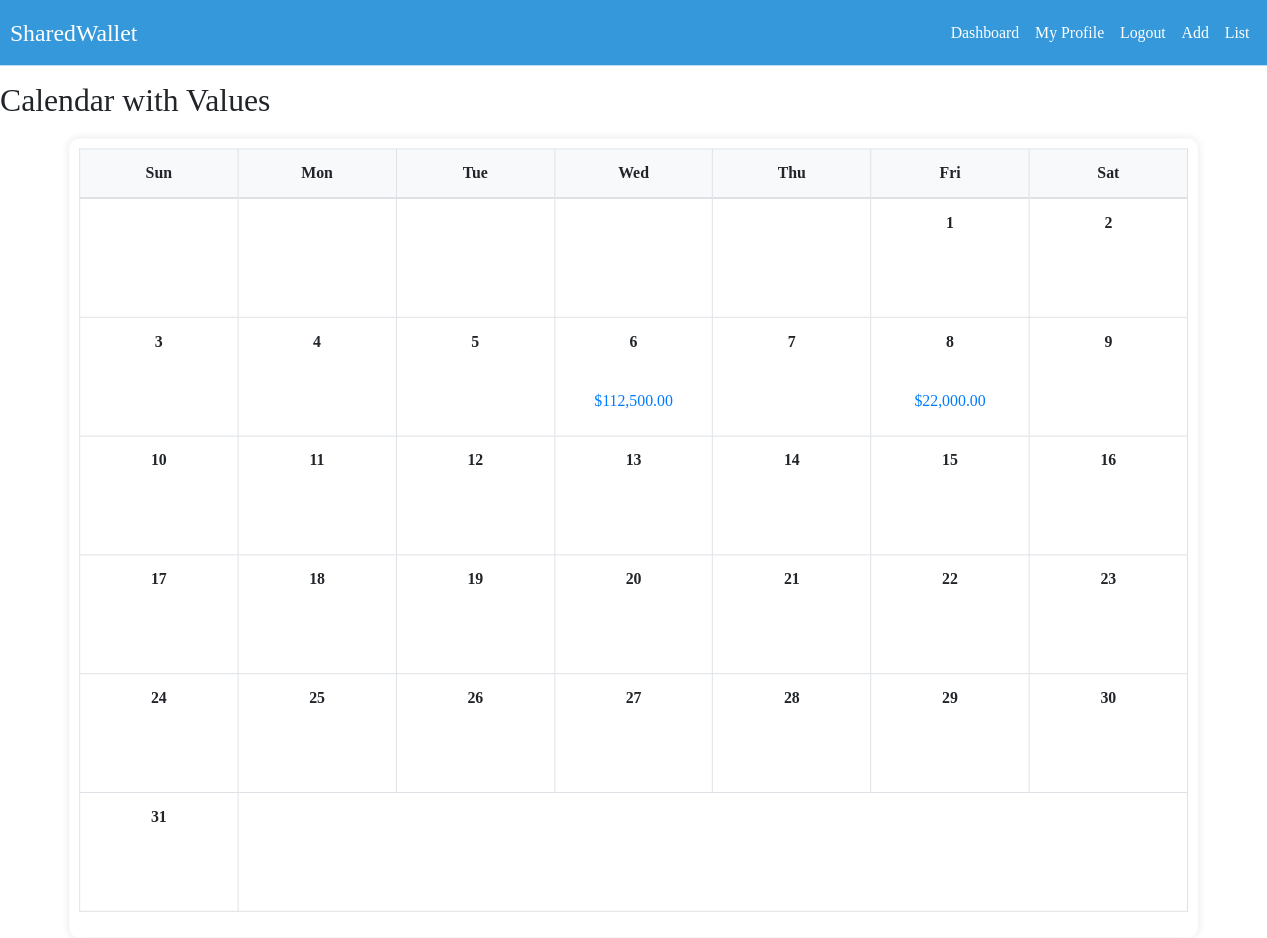
Repository: YoonHakyoung/SharedWallet
Page: http://localhost/Final_Exam/WEB-INF/views/asset/calender.jsp
An editor plug-in stored every save of this project. The page is shown before and after the next save, followed by the edit.
The browser window is 1280 px wide. The pictures show the whole page, at 99% of full size.
Some web fonts or font styles are not loaded; a fallback is used. The page is served by Tomcat 9. Nobody is signed in. Other server files are loaded and not shown. The template is opened directly, without the code that normally fills it, so the values that code supplies are empty.

Above is the page before, as saved 2023-12-10 07:30:02.

### Spring/Project/Final Exam/src/main/webapp/WEB-INF/views/asset/calender.jsp
<%@ page language="java" contentType="text/html; charset=UTF-8" pageEncoding="UTF-8"%>
<%@ taglib uri="http://java.sun.com/jsp/jstl/core" prefix="c" %>
<%@ taglib uri="http://java.sun.com/jsp/jstl/functions" prefix="fn" %>
<%@ taglib uri="http://java.sun.com/jsp/jstl/fmt" prefix="fmt" %>
<%@ page import="java.util.*" %>
<%@ page import="java.text.NumberFormat" %>

<!DOCTYPE html>
<html lang="en">
<head>
    <meta charset="UTF-8">
    <meta name="viewport" content="width=device-width, initial-scale=1, shrink-to-fit=no">
    <title>Calendar with Values</title>
    <!-- 부트스트랩 CSS -->
    <link rel="stylesheet" href="https://stackpath.bootstrapcdn.com/bootstrap/4.3.1/css/bootstrap.min.css">
    <style>
        @font-face {
            font-family: 'SUITE-Regular';
            src: url('https://cdn.jsdelivr.net/gh/projectnoonnu/noonfonts_2304-2@1.0/SUITE-Regular.woff2') format('woff2');
            font-weight: 700;
            font-style: normal;
        }
        body{
        	font-family: 'SUITE-Regular';
        }

        table {
            border-collapse: collapse;
            width: 100%;
            margin-bottom: 20px; /* 테이블 아래 여백 추가 */
        }

        th, td {
            border: 1px solid #dddddd;
            padding: 8px;
            text-align: center;
            vertical-align: top;
            width: 14.2857%; /* 날짜 칸에 동일한 가로 길이 부여 */
        }

        th {
            height: 30px;
            background-color: #f8f9fa;
        }

        td {
            height: 120px;
        }

        .date {
            font-weight: bold;
            margin-bottom: 0px;
        }

        .value {
            color: #007bff;
            bottom: 20px;
            left: 50%;
            transform: translateY(150%);
        }
        .container {
            background-color: #ffffff;
            border-radius: 10px;
            padding: 10px;
            box-shadow: 0 0 10px rgba(0, 0, 0, 0.1);
            margin-top: 20px !important;
        }
    </style>
</head>
<body>
<%@ include file="/WEB-INF/views/include/nav.jsp"%>
<%
    // 주어진 Map 데이터
    Map<String, Integer> dataMap = new HashMap<>();
    dataMap.put("2023-12-06", 112500);
    dataMap.put("2023-12-08", 22000);

    // Java 코드를 사용하여 현재 년월을 가져오기
    java.util.Calendar cal = java.util.Calendar.getInstance();
    int year = cal.get(java.util.Calendar.YEAR);
    int month = cal.get(java.util.Calendar.MONTH) + 1; // 월은 0부터 시작하므로 1을 더함

    // 현재 월의 첫째 날의 요일과 마지막 날짜를 계산
    cal.set(year, month - 1, 1);
    int firstDayOfWeek = cal.get(java.util.Calendar.DAY_OF_WEEK);
    int lastDay = cal.getActualMaximum(java.util.Calendar.DAY_OF_MONTH);

    // 요일 배열
    String[] weekDays = {"Sun", "Mon", "Tue", "Wed", "Thu", "Fri", "Sat"};
%>

<main>
    <h2 class="mt-3">Calendar with Values</h2>
	<div class="container mt-5">
    <table class="table table-bordered">
        <thead>
            <tr>
                <%-- 동적으로 요일 생성 --%>
                <% for (String day : weekDays) { %>
                    <th scope="col" class="text-center"><%= day %></th>
                <% } %>
            </tr>
        </thead>
        <tbody>
            <tr>
                <%-- 날짜 요일 표시 행 --%>
                <% for (int i = 1; i < firstDayOfWeek; i++) { %>
                    <td></td>
                <% } %>
                <%-- 달력 날짜 표시 --%>
                <% for (int day = 1; day <= lastDay; day++) { %>
                    <td>
                        <div class="date">
                            <%= day %>
                        </div>
                        <div class="value">
                            <%
                                String dateString = String.format("%04d-%02d-%02d", year, month, day);
                                Integer value = dataMap.get(dateString);
                                if (value != null) {
                                    int amount = (Integer) value;
                                    NumberFormat currencyFormat = NumberFormat.getCurrencyInstance();
                                    String formattedAmount = currencyFormat.format(amount);
                            %>
                                <%= formattedAmount %>
                            <%
                                }
                            %>
                        </div>
                    </td>
                    <%-- 토요일이면 다음 줄로 이동 --%>
                    <% if ((firstDayOfWeek - 1 + day) % 7 == 0) { %>
                        </tr><tr>
                    <% } %>
                <% } %>
            </tr>
        </tbody>
    </table>
    </div>
</main>

<!-- 부트스트랩 JavaScript 및 종속성 -->
<script src="https://code.jquery.com/jquery-3.3.1.slim.min.js"></script>
<script src="https://cdnjs.cloudflare.com/ajax/libs/popper.js/1.14.7/umd/popper.min.js"></script>
<script src="https://stackpath.bootstrapcdn.com/bootstrap/4.3.1/js/bootstrap.min.js"></script>

</body>
</html>

### Spring/Project/Final Exam/src/main/webapp/WEB-INF/views/include/nav.jsp
<style>
    /* 네비게이션 바의 선택된 항목에 대한 스타일 */
    .navbar-nav .nav-item.active,
    .navbar-nav .nav-item:hover {
        background-color: #22628D; /* 선택된 항목 또는 마우스를 올렸을 때 배경색을 변경합니다. */
        color: #ffffff; /* 선택된 항목 또는 마우스를 올렸을 때 텍스트 색상을 변경합니다. */
    }
</style>

<nav class="navbar navbar-expand-lg navbar-light" style="background-color: #3498db; color: #ffffff; padding:10px;">
    <a class="navbar-brand" style="color: #ffffff; font-size: 24px;" href="<c:url value='/asset/dashboard'/>">SharedWallet</a>
    <button class="navbar-toggler" type="button" data-toggle="collapse" data-target="#navbarNav" aria-controls="navbarNav" aria-expanded="false" aria-label="Toggle navigation">
        <span class="navbar-toggler-icon" style="color:#ffffff;"></span>
    </button>
    <div class="collapse navbar-collapse" id="navbarNav">
        <ul class="navbar-nav ml-auto">
            <li class="nav-item">
                <a class="nav-link" style="color: #ffffff;" href="<c:url value='/asset/dashboard'/>">Dashboard</a>
            </li>
            <li class="nav-item">
                <a class="nav-link" style="color: #ffffff;" href="<c:url value='/member/profile'/>">My Profile</a>
            </li>
            <li class="nav-item">
                <a class="nav-link" style="color: #ffffff;" href="<c:url value='/'/>">Logout</a>
            </li>
            <li class="nav-item">
                <a class="nav-link" style="color: #ffffff;" href="<c:url value='/asset/addAssetForm'/>">Add</a>
            </li>
            <li class="nav-item">
                <a class="nav-link" style="color: #ffffff;" href="<c:url value='/asset/listAssets'/>">List</a>
            </li>

        </ul>
    </div>
</nav>

After the next save:
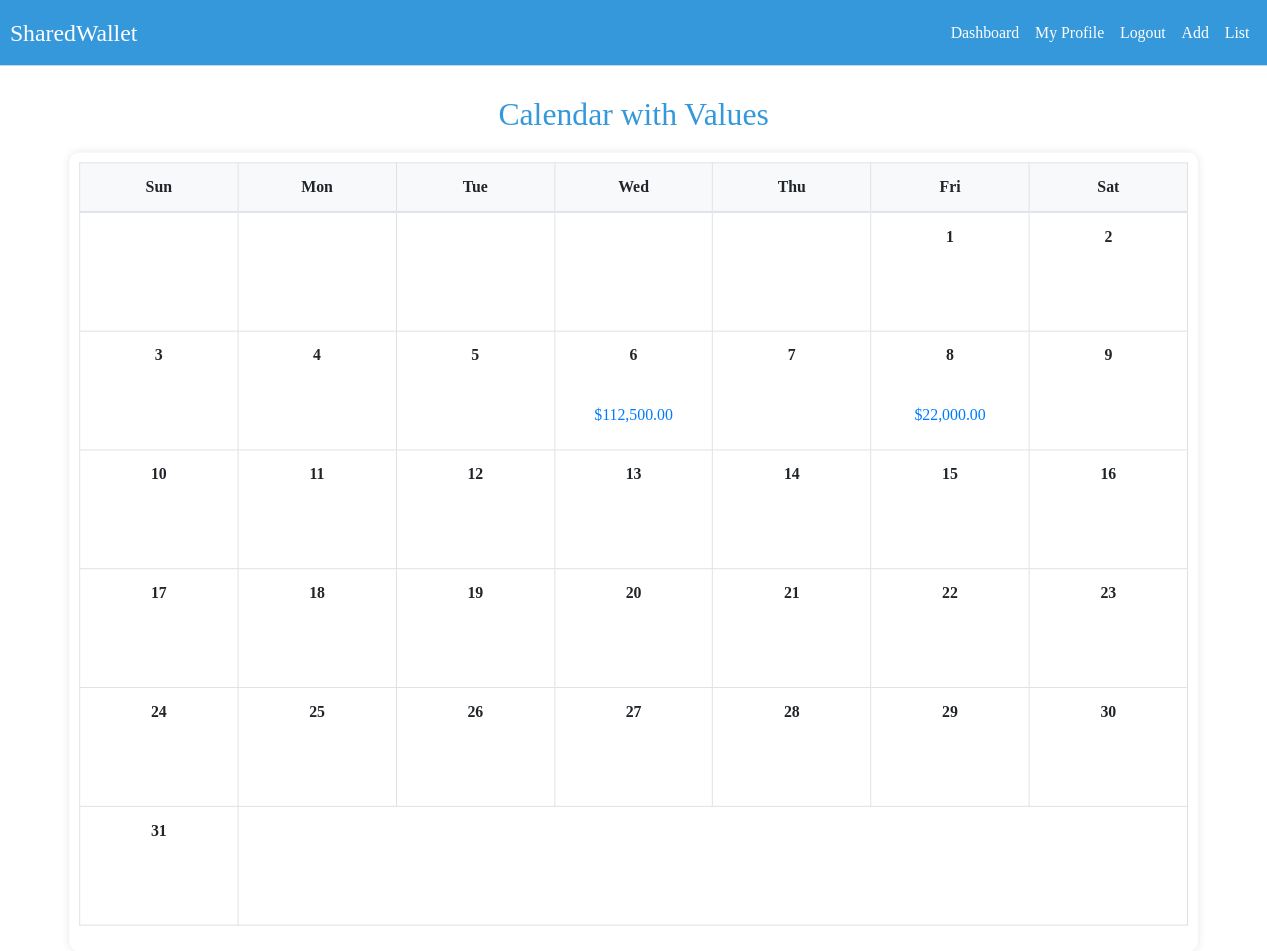
Saved 53 s later.
--- a/Spring/Project/Final Exam/src/main/webapp/WEB-INF/views/asset/calender.jsp
+++ b/Spring/Project/Final Exam/src/main/webapp/WEB-INF/views/asset/calender.jsp
@@ -65,6 +65,12 @@
             box-shadow: 0 0 10px rgba(0, 0, 0, 0.1);
             margin-top: 20px !important;
         }
+        h2 {
+            text-align: center;
+            color: #3498db;
+            margin-top: 30px;
+            margin-bottom: 1px;
+        }
     </style>
 </head>
 <body>
@@ -90,7 +96,7 @@
 %>
 
 <main>
-    <h2 class="mt-3">Calendar with Values</h2>
+    <h2>Calendar with Values</h2>
 	<div class="container mt-5">
     <table class="table table-bordered">
         <thead>
